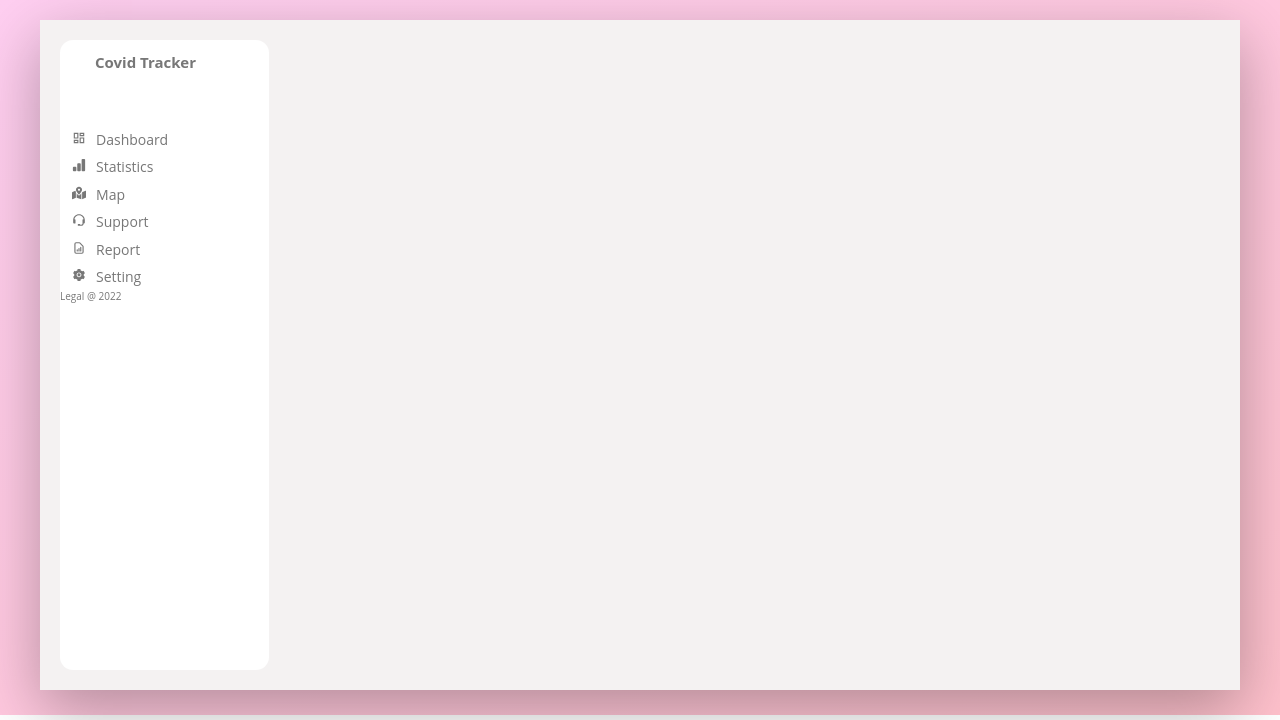
Repository: okidijimmy200/CovidAdminTracker
Page: /
These files come from the project's save history. The page is drawn as it stood at one moment and after the next save; the edit follows.
The browser window is 1280 px wide. The pictures show the whole page.
The project was rebuilt for these pictures with package versions that can differ from the ones it lists, and the page was loaded fresh each time.

Above is the page before, as saved 2022-06-16 11:30:05.

### public/index.html
<!DOCTYPE html>
<html lang="en">
  <head>
    <meta charset="utf-8" />
    <link rel="icon" href="%PUBLIC_URL%/favicon.ico" />
    <meta name="viewport" content="width=device-width, initial-scale=1" />
    <meta name="theme-color" content="#000000" />
    <meta
      name="description"
      content="Web site created using create-react-app"
    />
    <link rel="apple-touch-icon" href="%PUBLIC_URL%/logo192.png" />
    <!--
      manifest.json provides metadata used when your web app is installed on a
      user's mobile device or desktop. See https://developers.google.com/web/fundamentals/web-app-manifest/
    -->
    <link rel="manifest" href="%PUBLIC_URL%/manifest.json" />
    <!--
      Notice the use of %PUBLIC_URL% in the tags above.
      It will be replaced with the URL of the `public` folder during the build.
      Only files inside the `public` folder can be referenced from the HTML.

      Unlike "/favicon.ico" or "favicon.ico", "%PUBLIC_URL%/favicon.ico" will
      work correctly both with client-side routing and a non-root public URL.
      Learn how to configure a non-root public URL by running `npm run build`.
    -->
    <title>Covid Admin Tracker</title>
  </head>
  <body>
    <noscript>You need to enable JavaScript to run this app.</noscript>
    <div id="root"></div>
    <!--
      This HTML file is a template.
      If you open it directly in the browser, you will see an empty page.

      You can add webfonts, meta tags, or analytics to this file.
      The build step will place the bundled scripts into the <body> tag.

      To begin the development, run `npm start` or `yarn start`.
      To create a production bundle, use `npm run build` or `yarn build`.
    -->
  </body>
</html>

### src/index.scss
:root {
  --color-primary:#eb2f64;
  --color-primary-light:#ffcff1;
  --color-primary-dark:#ffc1cc;
  --color-grey-light-1: #faf9f9;
  --color-grey-light-2: #f4f2f2;
  --color-grey-light-3: #f0eeee;
  --color-grey-light-4: #ccc;
  --color-grey-dark-1: #333;
  --color-grey-dark-2: #777;
  --color-grey-dark-3: #999;

  // creating variable for box
  --shadow-dark: 0 2rem 6rem rgba(0, 0, 0, 0.3);

  --shadow-light: 0 2rem 5rem rgba(0,0,0,.06);
}


* {
  margin: 0;
  padding: 0;
}
*,
*::before,
*::after {
  box-sizing: inherit;
}

html {
  box-sizing: border-box;
  font-size: 62.5%;

}

body {
  font-family: 'Open Sans', sans-serif;
  font-weight: 400;
  line-height: 1.6;
  color: var(--color-grey-dark-2);
  background-image: linear-gradient(to right bottom, var(--color-primary-light), var(--color-primary-dark));
  background-size: cover;
  background-repeat: no-repeat;
  min-height: 96.5vh;
}

### src/App.tsx
import React from 'react';
import Sidebar from './sidebar/sidebar';
import Content from './core/content';
import './App.scss';

function App() {
  return (
    <div data-testid='container' className="container">
      <div className="content">
      <Sidebar />
      <Content />
      </div>

    </div>
  );
}

export default App;

### src/sidebar/sidebar.tsx
import React from 'react'
import {MdOutlineDashboard  } from 'react-icons/md'
import { BsFillBarChartFill } from 'react-icons/bs'
import { FaMapMarkedAlt } from 'react-icons/fa'
import { BiSupport } from 'react-icons/bi'
import { HiOutlineDocumentReport } from 'react-icons/hi'
import { AiFillSetting } from 'react-icons/ai'

import './sidebar.scss'

export default function sidebar() {
  return (
    <>
    <nav className="sidebar">
        <h2 className='title'>Covid Tracker</h2>
        <div className='sidebar-flex'>
            <div></div>
        <ul className="side-nav">
            <li className="side-nav__item side-nav__item--active">
                <span className='side-nav__icon'><MdOutlineDashboard /></span>
                    <span>Dashboard</span>
            </li>
            <li className="side-nav__item">
                {/* <a href="#" class="side-nav__link"> */}
                    <span className="side-nav__icon">
                        <BsFillBarChartFill />
                        {/* <use xlink:href="img/spritspam#icon-aircraft-take-off"></use> */}
                    </span>
                    <span>Statistics</span>
                {/* </a> */}
            </li>
            <li className="side-nav__item">
                {/* <a href="#" class="side-nav__link"> */}
                    <span className="side-nav__icon">
                        <FaMapMarkedAlt />
                        {/* <use xlink:href="img/sprite.svg#icon-key"></use> */}
                    </span>
                    <span>Map</span>
                {/* </a> */}
            </li>
            <li className="side-nav__item">
                {/* <a href="#" className="side-nav__link"> */}
                    <span className="side-nav__icon">
                        {/* <use xlink:href="img/sprite.svg#icon-map"></use> */}
                        <BiSupport />
                    </span>
                    <span>Support</span>
                {/* </a> */}
            </li>
            <li className="side-nav__item">
                {/* <a href="#" className="side-nav__link"> */}
                    <span className="side-nav__icon">
                        {/* <use xlink:href="img/sprite.svg#icon-map"></use> */}
                        <HiOutlineDocumentReport />
                    </span>
                    <span>Report</span>
                {/* </a> */}
            </li>
            <li className="side-nav__item">
                {/* <a href="#" className="side-nav__link"> */}
                    <span className="side-nav__icon">
                        {/* <use xlink:href="img/sprite.svg#icon-map"></use> */}
                        <AiFillSetting />
                    </span>
                    <span>Setting</span>
                {/* </a> */}
            </li>
        </ul>
        <div className="legal">
            Legal @ 2022
        </div>
        </div>
    </nav>
</>
  )
}

### src/core/content.tsx
import React from 'react'

import './content.scss'

export default function Content() {
  return (
    <main className="hotel-view">
    </main>
  )
}

### src/App.scss
.container {
  max-width: 120rem;
  // centering in the view port
  margin: 2rem auto;
  background-color: var(--color-grey-light-2);
  // box-shadow:;
  box-shadow: var(--shadow-dark);

  // min height for testing
  // min-height: 60rem;

}

.content {
  display: flex;
  min-height: 93vh;
  padding: 2rem;
}

### src/sidebar/sidebar.scss

.sidebar {
    // styling the sidebar
    background-color: #fff;
    // flex property to define width, grow 0, shrink 0
    flex: 0 0 18%;
    // to create alot of space in the container for legal text
    border-radius: 1.3rem;
}

.side-nav {
    // adding font size
    font-size: 1.4rem;
    list-style: none;
    margin-top: 3.5rem;

   &__item {
       // parent element set to relative to element the hover effect
       position: relative;
       cursor: pointer;
       margin-left: 1.2rem;

       // to create space btn the items
       &:not(:last-child) {
           margin-bottom: .5rem;
       }
   }

   // this shd be visible only when we hover the item
   &__item:hover::before,
   // to make one of the li items initially highlighted
   &__item--active::before {
       width: 100%;
   }

   // to show the item as selected
   &__item:active::before {
       background-color: #fff;
   }


   &__link:link,
   &__link:visited {
    //    color: var(--color-grey-light-1);
       text-decoration: none;
       text-transform: uppercase;
       display: inline-block;
       padding: 1.5rem 3rem;
       // z-index only works with positioning
       position: relative;
       z-index: 10;
       // to align items in straight line
       display: flex;
       align-items: center;
   }

   &__icon {
       // reduce size of icons
       width: 1.75rem;
       height: 1.75rem;
       margin-right: 1rem;
       // current color is the color of the current element
       fill:currentColor;
   }
}
.sidebar-flex {
    display: flex;
    flex-direction: column;
    justify-content: space-between;
    // height: 90rem;
}
.title {
    padding: 1rem 2rem 2rem 3.5rem;
}

### src/core/content.scss
.hotel-view {
    // background-color: #fff;
    // to make the hotel-view cover up the remaining space
    flex: 1;
    margin-left: 2rem;
}

Loaded but not shown: src/index.tsx (common file); src/reportWebVitals.ts (common file)

After the next save:
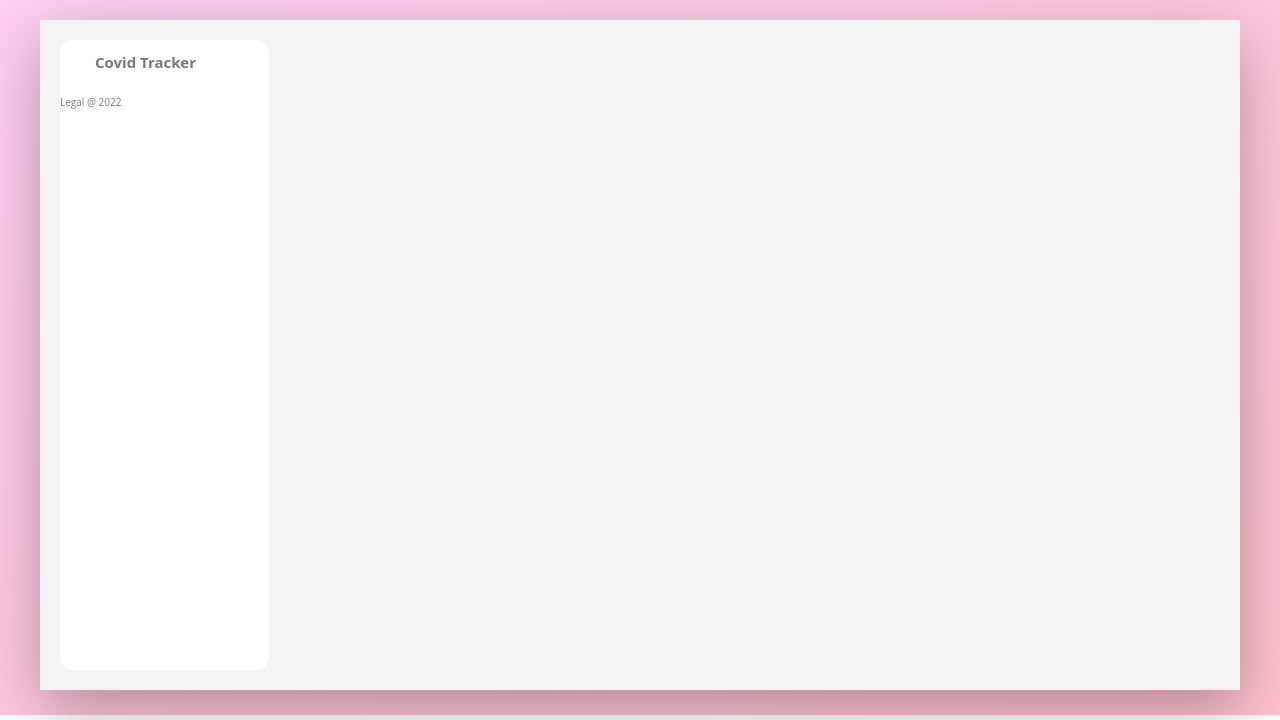
Saved 17 s later.
--- a/src/sidebar/sidebar.tsx
+++ b/src/sidebar/sidebar.tsx
@@ -15,57 +15,7 @@
         <h2 className='title'>Covid Tracker</h2>
         <div className='sidebar-flex'>
             <div></div>
-        <ul className="side-nav">
-            <li className="side-nav__item side-nav__item--active">
-                <span className='side-nav__icon'><MdOutlineDashboard /></span>
-                    <span>Dashboard</span>
-            </li>
-            <li className="side-nav__item">
-                {/* <a href="#" class="side-nav__link"> */}
-                    <span className="side-nav__icon">
-                        <BsFillBarChartFill />
-                        {/* <use xlink:href="img/spritspam#icon-aircraft-take-off"></use> */}
-                    </span>
-                    <span>Statistics</span>
-                {/* </a> */}
-            </li>
-            <li className="side-nav__item">
-                {/* <a href="#" class="side-nav__link"> */}
-                    <span className="side-nav__icon">
-                        <FaMapMarkedAlt />
-                        {/* <use xlink:href="img/sprite.svg#icon-key"></use> */}
-                    </span>
-                    <span>Map</span>
-                {/* </a> */}
-            </li>
-            <li className="side-nav__item">
-                {/* <a href="#" className="side-nav__link"> */}
-                    <span className="side-nav__icon">
-                        {/* <use xlink:href="img/sprite.svg#icon-map"></use> */}
-                        <BiSupport />
-                    </span>
-                    <span>Support</span>
-                {/* </a> */}
-            </li>
-            <li className="side-nav__item">
-                {/* <a href="#" className="side-nav__link"> */}
-                    <span className="side-nav__icon">
-                        {/* <use xlink:href="img/sprite.svg#icon-map"></use> */}
-                        <HiOutlineDocumentReport />
-                    </span>
-                    <span>Report</span>
-                {/* </a> */}
-            </li>
-            <li className="side-nav__item">
-                {/* <a href="#" className="side-nav__link"> */}
-                    <span className="side-nav__icon">
-                        {/* <use xlink:href="img/sprite.svg#icon-map"></use> */}
-                        <AiFillSetting />
-                    </span>
-                    <span>Setting</span>
-                {/* </a> */}
-            </li>
-        </ul>
+
         <div className="legal">
             Legal @ 2022
         </div>

After the 2 saves that followed:
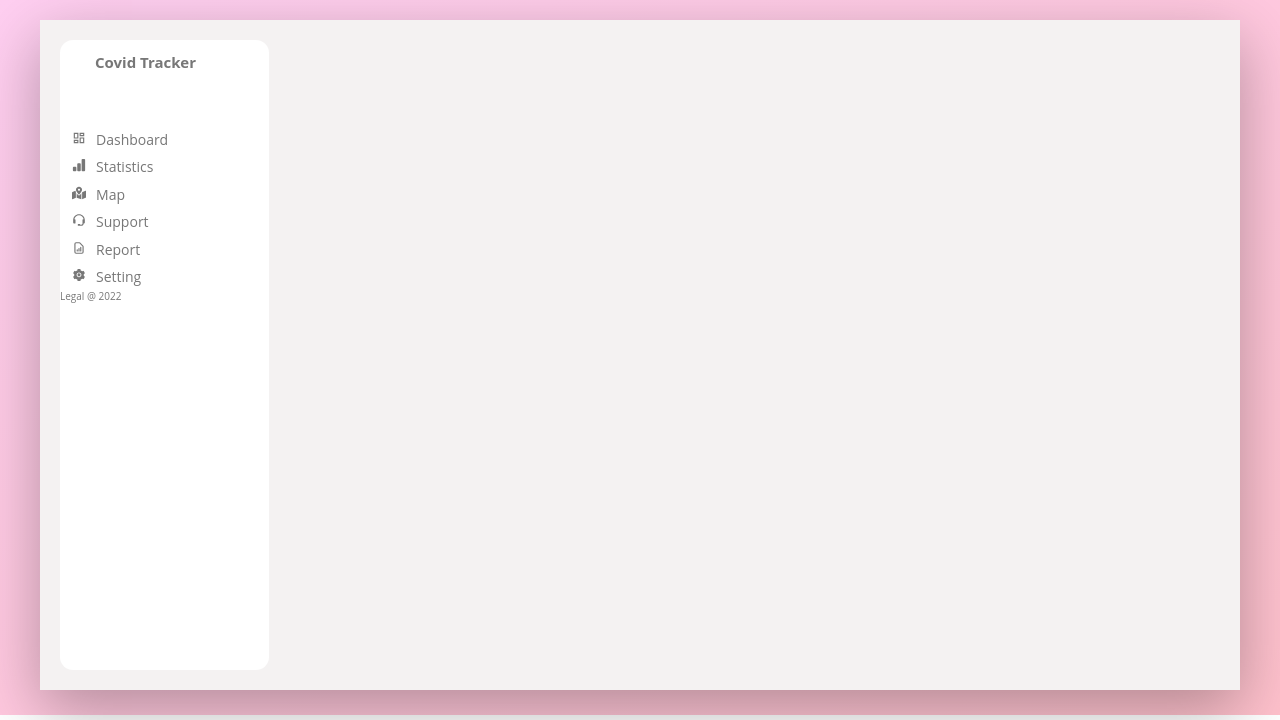
The 2 saves are shown as one change because they came seconds apart.
The last was saved 5 s later.
--- a/src/sidebar/sidebar.tsx
+++ b/src/sidebar/sidebar.tsx
@@ -14,7 +14,59 @@
     <nav className="sidebar">
         <h2 className='title'>Covid Tracker</h2>
         <div className='sidebar-flex'>
-            <div></div>
+            <div>
+            <ul className="side-nav">
+            <li className="side-nav__item side-nav__item--active">
+                <span className='side-nav__icon'><MdOutlineDashboard /></span>
+                    <span>Dashboard</span>
+            </li>
+            <li className="side-nav__item">
+                {/* <a href="#" class="side-nav__link"> */}
+                    <span className="side-nav__icon">
+                        <BsFillBarChartFill />
+                        {/* <use xlink:href="img/spritspam#icon-aircraft-take-off"></use> */}
+                    </span>
+                    <span>Statistics</span>
+                {/* </a> */}
+            </li>
+            <li className="side-nav__item">
+                {/* <a href="#" class="side-nav__link"> */}
+                    <span className="side-nav__icon">
+                        <FaMapMarkedAlt />
+                        {/* <use xlink:href="img/sprite.svg#icon-key"></use> */}
+                    </span>
+                    <span>Map</span>
+                {/* </a> */}
+            </li>
+            <li className="side-nav__item">
+                {/* <a href="#" className="side-nav__link"> */}
+                    <span className="side-nav__icon">
+                        {/* <use xlink:href="img/sprite.svg#icon-map"></use> */}
+                        <BiSupport />
+                    </span>
+                    <span>Support</span>
+                {/* </a> */}
+            </li>
+            <li className="side-nav__item">
+                {/* <a href="#" className="side-nav__link"> */}
+                    <span className="side-nav__icon">
+                        {/* <use xlink:href="img/sprite.svg#icon-map"></use> */}
+                        <HiOutlineDocumentReport />
+                    </span>
+                    <span>Report</span>
+                {/* </a> */}
+            </li>
+            <li className="side-nav__item">
+                {/* <a href="#" className="side-nav__link"> */}
+                    <span className="side-nav__icon">
+                        {/* <use xlink:href="img/sprite.svg#icon-map"></use> */}
+                        <AiFillSetting />
+                    </span>
+                    <span>Setting</span>
+                {/* </a> */}
+            </li>
+        </ul>
+            </div>
 
         <div className="legal">
             Legal @ 2022
